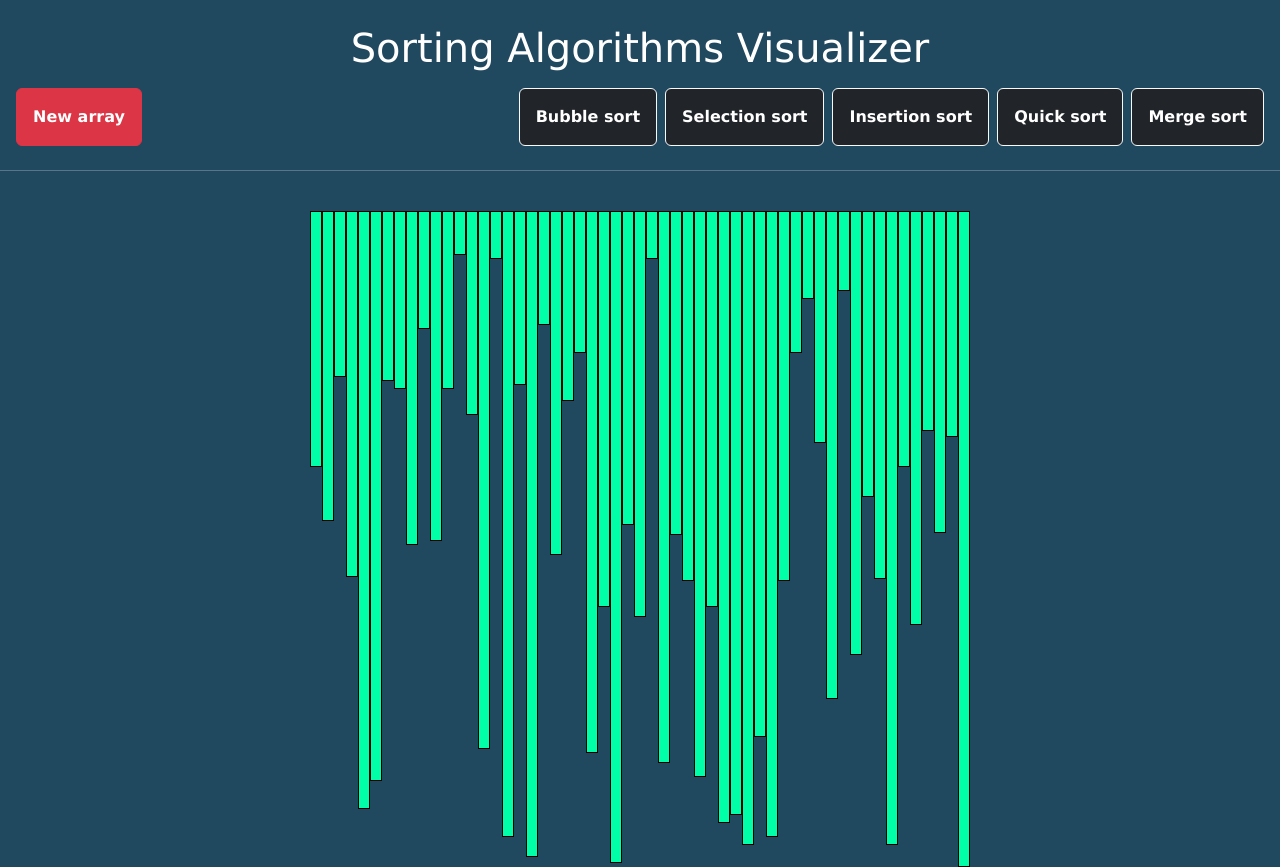
Repository: Vasil1001/Sorting-Algorithms-Visualizer-js
Page: views/index.html
These files come from the project's save history. The page is drawn as it stood at one moment and after the next save; the edit follows.
The browser window is 1280 px wide. The pictures show the whole page.

Above is the page before, as saved 2022-11-03 18:17:29.

After the next save:
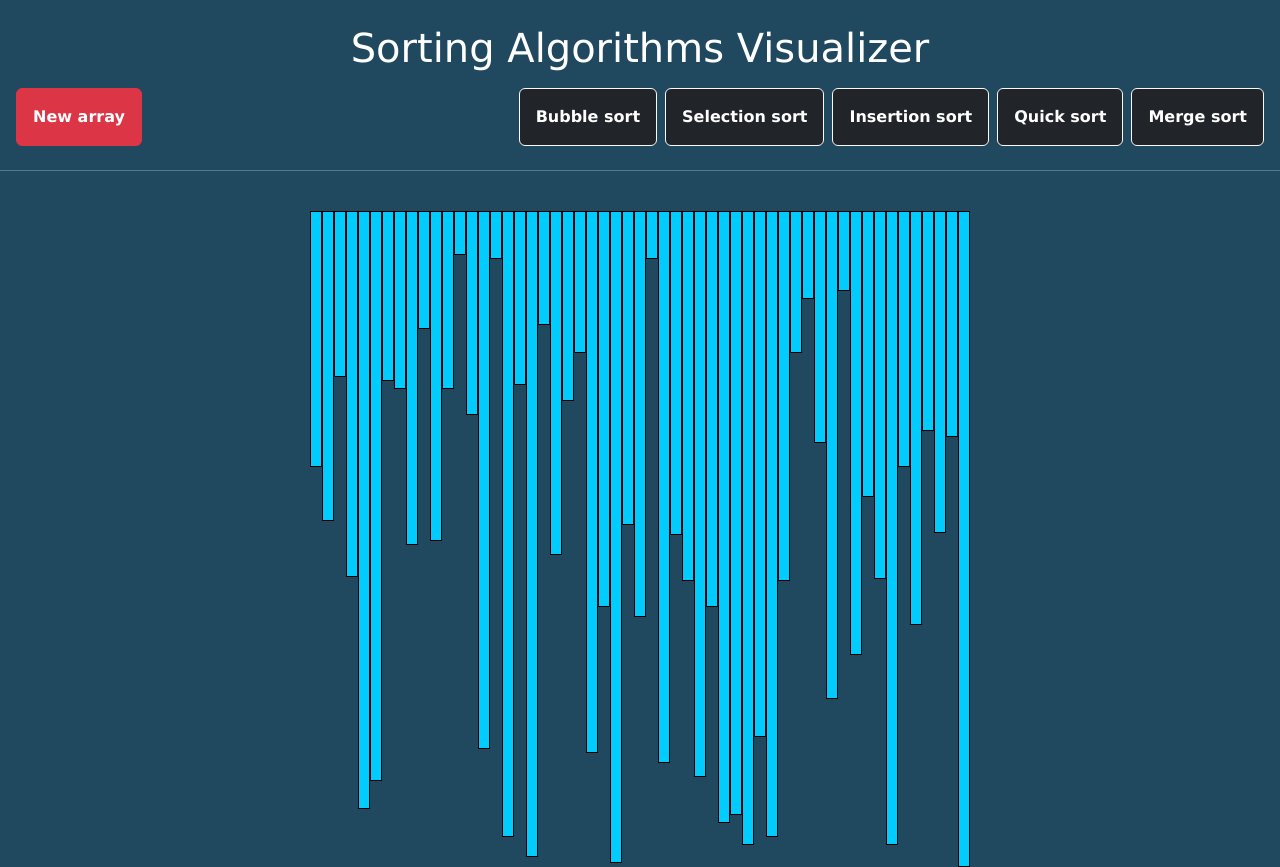
Saved 36 s later.
--- a/css/base.css
+++ b/css/base.css
@@ -18,7 +18,7 @@ body {
 
 /* STYLING FOR THE BARS */
 .flex-item{
-    background: rgb(0, 255, 166);
+    background: rgb(0, 204, 255);
     border: 1pt solid black;
     width: 12px;
     transition: 0.1s all ease;
